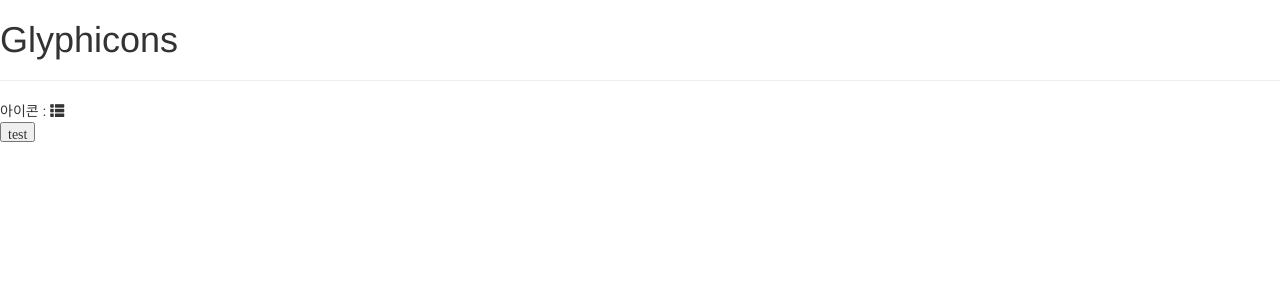
Repository: yhj4130/BootstrapStudy
Page: BootstrapWork/WebContent/BootEx08.html
An editor plug-in stored every save of this project. The page is shown before and after the next save, followed by the edit.
The browser window is 1280 px wide. The pictures show the whole page.

Above is the page before, as saved 2019-06-12 05:16:31.

After the next save:
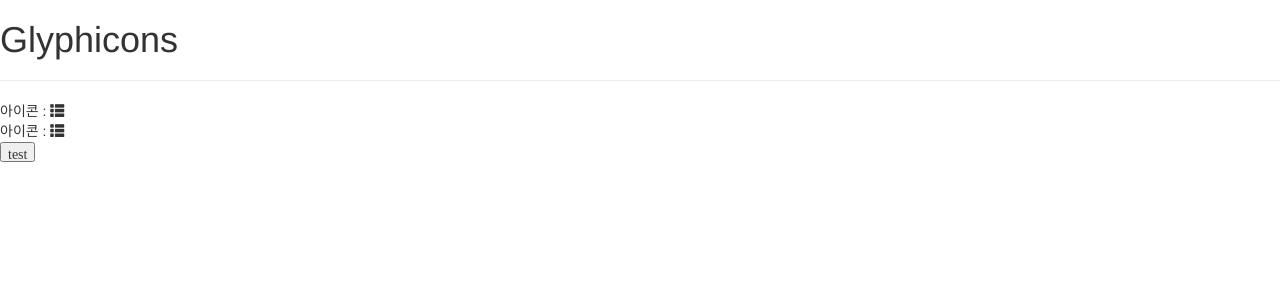
Saved 30 s later.
--- a/BootstrapWork/WebContent/BootEx08.html
+++ b/BootstrapWork/WebContent/BootEx08.html
@@ -24,6 +24,10 @@
 </div>
 
 <div>
+	아이콘 : <span class="glyphicon glyphicon-th-list"></span>
+</div>
+
+<div>
 	<input type="button" value="test" class="glyphicon glyphicon-th-list"">
 </div>
 
